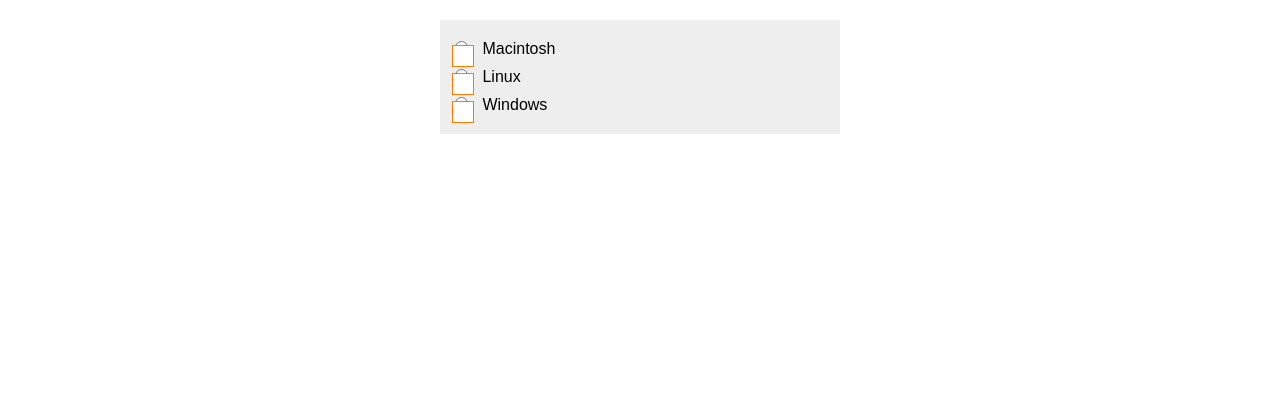
Repository: sayco/CSS-Front-End-Tutorials---Elzero
Page: 1-Customize Radio Input/index.html
An editor plug-in stored every save of this project. The page is shown before and after the next save, followed by the edit.
The browser window is 1280 px wide. The pictures show the whole page.

Above is the page before, as saved 2021-06-13 13:58:59.

After the next save:
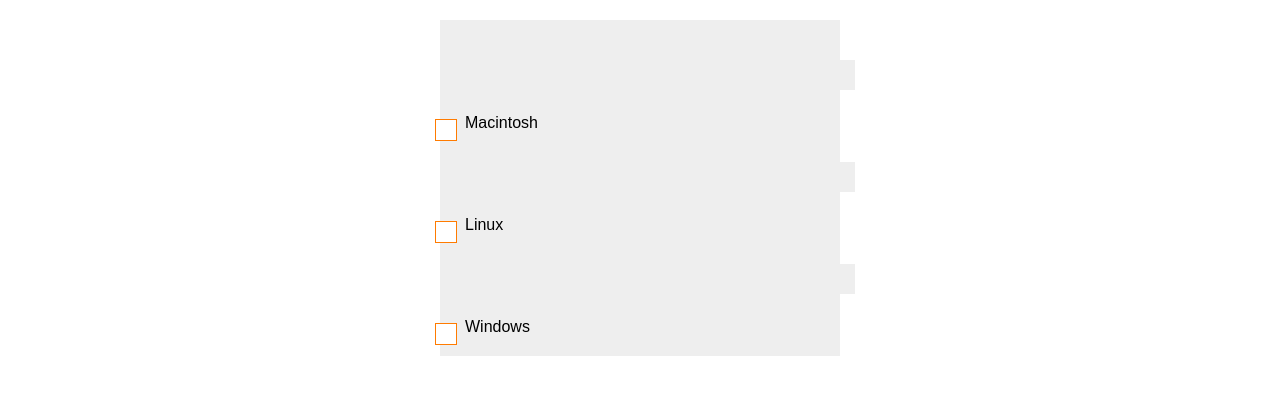
Saved 31 s later.
--- a/1-Customize Radio Input/style.css
+++ b/1-Customize Radio Input/style.css
@@ -19,6 +19,14 @@
     appearance: none;
 }
 
+form input
+{
+    width: 400px;
+    background-color: #eee;
+    margin:20px auto;
+    padding: 15px;
+    appearance: none;
+}
 
 form > div
 {

After the save that followed:
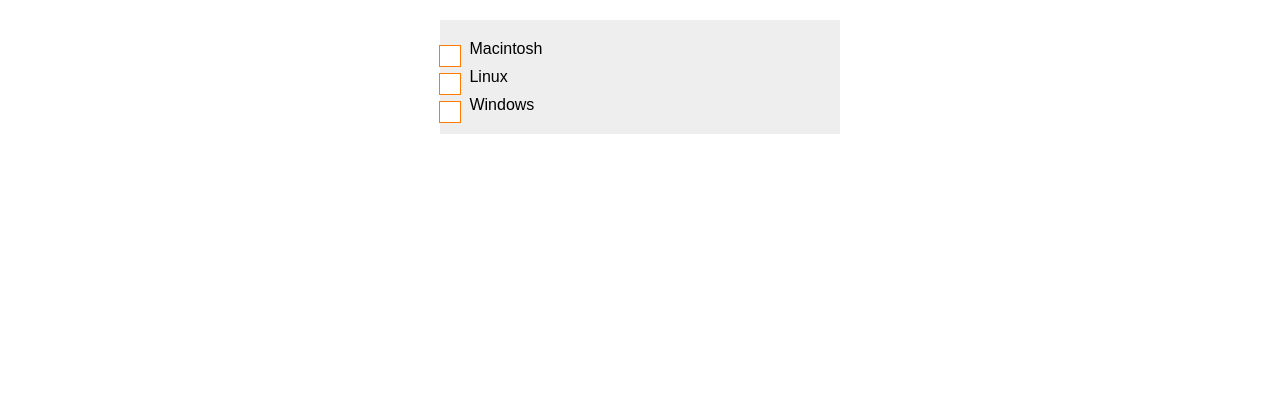
Saved 5 s later.
--- a/1-Customize Radio Input/style.css
+++ b/1-Customize Radio Input/style.css
@@ -21,10 +21,6 @@
 
 form input
 {
-    width: 400px;
-    background-color: #eee;
-    margin:20px auto;
-    padding: 15px;
     appearance: none;
 }
 
